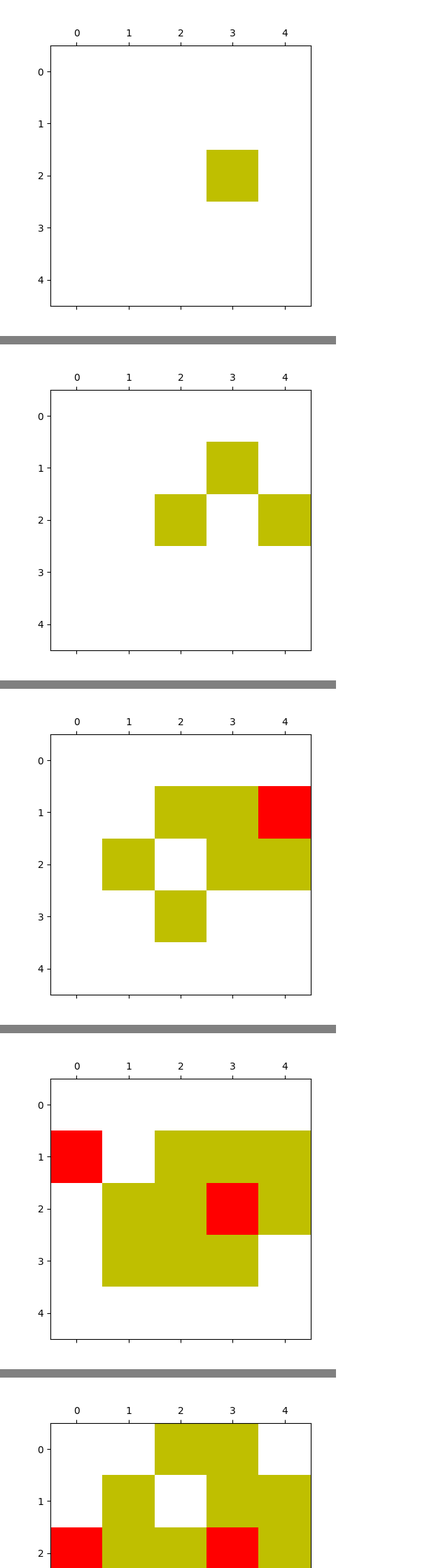
Repository: eduardodut/Trabalho_final_estatistica_cd
Script's output: python src/Simulador.py
These files come from the project's save history. The script's output is drawn as it stood at one moment and after the next save; the edit follows.
The pictures show rows 0 to 2240 of an output 3924 px tall, at 70% of full size.
Each picture stacks the figures in order, with grey between them; figures that are only written to a file come last. The script is stopped after its 8th figure. Random numbers start from a fixed seed.

Above is the script's output before, as saved 2020-07-10 21:37:26.

### src/Simulador.py
import pandas as pd
import numpy as np
from Matriz_esferica import Matriz_esferica
from Individuo import Individuo, Fabrica_individuo
import random
from itertools import permutations
import matplotlib.pyplot as plt
from matplotlib.colors import ListedColormap
from scipy.sparse import csr_matrix, lil_matrix




class Simulador():

    def __init__(
        self,
        tamanho_matriz,                 #numero de linhas e colunas da matriz esférica
        percentual_inicial_tipo1,       #percentual inicial da população que será infectada tipo 1
        percentual_inicial_tipo2,       #percentual inicial da população que será infectada tipo 2
        chance_infeccao,                #chance que um infectado tipo 2 tem de infectar um indivíduo saudável
        chance_infeccao_tipo2,          #chance de um indivíduo infectado se tornar contagioso
        chance_morte,                   #chance de um indivíduo tipo 2 morrer ao fim de uma atualização
        atualizacoes_cura):             #número de atualizações necessárias para a cura de um indivíduo tipo 1 ou 2

        self.num_atualizacoes = 0
        self.lista_infectados_tipo_2 = []
        self.lista_infectados_tipo_1 = []
        self.num_curados = 0
        self.num_mortos = 0

        self.chance_infeccao = chance_infeccao
        self.chance_infeccao_tipo2 = chance_infeccao_tipo2
        self.chance_morte = chance_morte

        self.populacao_inicial = int(tamanho_matriz**2)
        self.num_inicial_tipo2 = int(self.populacao_inicial * percentual_inicial_tipo2)
        self.num_inicial_tipo1 = int(self.populacao_inicial * percentual_inicial_tipo1)
        self.num_inicial_sadios = self.populacao_inicial - (self.num_inicial_tipo2 + self.num_inicial_tipo1)
        self.fabrica_individuo = Fabrica_individuo(atualizacoes_cura)



        self.df_individuos = pd.DataFrame(index= range(tamanho_matriz), columns=range(tamanho_matriz))
        self.matriz_status = lil_matrix((tamanho_matriz, tamanho_matriz),dtype= np.uint8)

        self.popular(tamanho_matriz)

        self.lista_matrizes_posicionamento = []





        #objeto que é responsável por validar a movimentação no grid n x n
        self.matriz_esferica = Matriz_esferica(tamanho_matriz)





        dict = {
                'num_sadios':self.num_inicial_sadios,
                'num_infect_t1':self.num_inicial_tipo1,
                'num_infect_t2':self.num_inicial_tipo2,
                'num_curados':0,
                'num_mortos':0}


        #dataframe que guardará os resultados de cada atualização
        self.dataframe = pd.DataFrame(index = [0])
        self.salvar_posicionamento()



    def salvar_posicionamento(self):
        self.lista_matrizes_posicionamento.append(self.matriz_status)


    def verificar_infeccao(self, lista_infectantes):
        lista_novos_infectados_tipo1 = []
        lista_novos_infectados_tipo2 = []
        #itera sobre sobre a lista de individuos que infectam e cada um realiza a tividade de infectar
        for X,Y in lista_infectantes:

            #busca os vizinhos do infectante atual
            lista_vizinhos = self.matriz_esferica.get_vizinhos(X, Y)
            #Para cada vizinho, se ele for sadio, é gerado um número aleatório para verificar se foi infectado
            for x,y in lista_vizinhos:

                #verificação de SADIO
                if self.matriz_status[x,y] == Individuo.SADIO:
                    #verificação do novo status
                    novo_status = self.infectar(chance_infeccao, chance_infeccao_tipo2)
                    #se for um infectado tipo 1
                    if novo_status == Individuo.INFECTADO_TIPO_1:
                        #adiciona na lista de novos tipo 1
                        lista_novos_infectados_tipo1.append((x,y))
                        #modifica o status na matriz de status
                        self.df_individuos.loc[x,y] = self.fabrica_individuo.criar_individuo(Individuo.INFECTADO_TIPO_1,(x,y))
                        self.matriz_status[x,y] = Individuo.INFECTADO_TIPO_1

                    if novo_status == Individuo.INFECTADO_TIPO_2:
                        #adiciona na lista de novos tipo 2
                        lista_novos_infectados_tipo2.append((x,y))
                        #modifica o status na matriz de status
                        self.df_individuos.loc[x,y] = self.fabrica_individuo.criar_individuo(Individuo.INFECTADO_TIPO_2,(x,y))
                        self.matriz_status[x,y] = Individuo.INFECTADO_TIPO_2

        return lista_novos_infectados_tipo1, lista_novos_infectados_tipo2

    def verificar_morte(self, lista_infectantes_tipo2):
        lista_curados = []
        lista_mortos = []
        for x,y in lista_infectantes_tipo2:
            novo_status = self.df_individuos.loc[x,y].checagem_morte(self.chance_morte)
            if novo_status == Individuo.MORTO:

                self.matriz_status[x,y] = Individuo.MORTO
                lista_mortos.append((x,y))
            if novo_status == Individuo.CURADO:

                self.matriz_status[x,y] = Individuo.CURADO
                lista_curados.append((x,y))

        return lista_mortos, lista_curados


    def verificar_cura(self, lista_infectantes):
        lista_curados = []
        for x,y in lista_infectantes:
            novo_status = self.df_individuos.loc[x,y].checagem_cura()
            if novo_status == Individuo.CURADO:

                self.matriz_status[x,y] = Individuo.CURADO
                lista_curados.append((x,y))

        return lista_curados




    def iterar(self):

        #Verifica os novos infectados a partir dos atuais infectantes na matriz
        lista_novos_infectados_tipo1, lista_novos_infectados_tipo2 = self.verificar_infeccao(self.lista_infectados_tipo_1 + self.lista_infectados_tipo_2)


        #Verifica morte dos tipo 2
        lista_mortos_atualizacao, lista_curados_t2_atualizacao = self.verificar_morte(self.lista_infectados_tipo_2)

        self.lista_infectados_tipo_2 = [indice for indice in self.lista_infectados_tipo_2 if indice not in lista_mortos_atualizacao and indice not in lista_curados_t2_atualizacao]


        #atualiza o novo número de mortos
        self.num_mortos += len(lista_mortos_atualizacao)
        #Verificar cura
        lista_curados_t1_atualizacao = self.verificar_cura(self.lista_infectados_tipo_1)
        self.lista_infectados_tipo_1 = [indice for indice in self.lista_infectados_tipo_1 if indice not in lista_curados_t1_atualizacao ]
        #adiciona os novos curados na lista geral de curados
        self.num_curados = self.num_curados + len(lista_curados_t1_atualizacao) + len(lista_curados_t2_atualizacao)

        # self.  #movimentar infectantes:
        for x,y in self.lista_infectados_tipo_1:
            self.mover_infectante((x,y))

        for x,y in self.lista_infectados_tipo_2:
            self.mover_infectante((x,y))

        #adicionar os novos infectados tipo 1 e 2 para as respectivas listas
        self.lista_infectados_tipo_2 = self.lista_infectados_tipo_2 + lista_novos_infectados_tipo2
        self.lista_infectados_tipo_1 = self.lista_infectados_tipo_1 + lista_novos_infectados_tipo1



        dict = {
                'num_sadios':self.populacao_inicial - self.num_mortos - self.num_curados - len(self.lista_infectados_tipo_1) - len(self.lista_infectados_tipo_2) ,
                'num_infect_t1':len(self.lista_infectados_tipo_1),
                'num_infect_t2':len(self.lista_infectados_tipo_2),
                'num_curados':self.num_curados,
                'num_mortos':self.num_mortos}

        self.dataframe = self.dataframe.append(dict, ignore_index=True)

        print("num t1: ", len(self.lista_infectados_tipo_1))
        print("num t2: ", len(self.lista_infectados_tipo_2))
        print("num curados: ", self.num_curados)
        print("num mortos: ", self.num_mortos)
        print("---------")
        #salva a nova matriz de status
        self.salvar_posicionamento()

        #adiciona 1 ao número de atualizações realizadas na matriz
        self.num_atualizacoes +=1

    def infectar(self, chance_infeccao, chance_infeccao_tipo2):
        saida = Individuo.SADIO

        #número aleatório para chance de infectar o vizinho
        rng_infeccao = random.random()
        if rng_infeccao <= chance_infeccao:
            #número aleatório para chance de infecção tipo 1 ou 2
            rng_infeccao_tipo2 = random.random()
            if rng_infeccao_tipo2 <= chance_infeccao_tipo2:
                saida = Individuo.INFECTADO_TIPO_2
            else:
                saida = Individuo.INFECTADO_TIPO_1
        return saida

    def popular(self, tamanho_matriz):

        # for index, row in self.df_individuos.iterrows():
        #     for item in row:
        #         item = self.fabrica_individuo.criar_individuo(Individuo.SADIO,(0,0))
        self.df_individuos.iloc[:,:] = self.fabrica_individuo.criar_individuo(Individuo.SADIO,(0,0))


        #lista de possíveis combinações de índices da matriz de dados
        permutacoes = permutations(list(range(tamanho_matriz)),2)
        #conversão para lista de tuplas(x,y)
        lista_indices = list(permutacoes)
        #embaralhamento dos índices
        random.shuffle(lista_indices)

        #cria o primeiro tipo1:
        indice = lista_indices.pop()
        ind_x = indice[0]
        ind_y = indice[1]
        self.lista_infectados_tipo_1.append((ind_x,ind_y))
        print(indice)
        self.df_individuos.loc[ind_x,ind_y] = self.fabrica_individuo.criar_individuo(Individuo.INFECTADO_TIPO_1,(ind_x,ind_y))
        print(self.df_individuos)
        self.matriz_status[ind_x,ind_y] = Individuo.INFECTADO_TIPO_1
        #cria o restante dos tipos 1
        for i in range(1,self.num_inicial_tipo1):
            indice = lista_indices.pop()
            ind_x = indice[0]
            ind_y = indice[1]
            self.lista_infectados_tipo_1.append((ind_x,ind_y))
            self.df_individuos.loc[ind_x,ind_y] = self.fabrica_individuo.criar_individuo(Individuo.INFECTADO_TIPO_1,(ind_x,ind_y))
            self.matriz_status[ind_x,ind_y] = Individuo.INFECTADO_TIPO_1

        #cria o restante dos tipo 2:
        for indice in range(self.num_inicial_tipo2):
            indice = lista_indices.pop()
            ind_x = indice[0]
            ind_y = indice[1]
            self.lista_infectados_tipo_2.append((ind_x,ind_y))
            self.df_individuos.loc[ind_x,ind_y] = self.fabrica_individuo.criar_individuo(Individuo.INFECTADO_TIPO_2,(ind_x,ind_y))
            self.matriz_status[ind_x,ind_y] = Individuo.INFECTADO_TIPO_2


    def trocar_status_localizacao(self,ponto_ini,ponto_final):
        x_ini = ponto_ini[0]
        y_ini = ponto_ini[1]
        x_fin = ponto_final[0]
        y_fin = ponto_final[1]

        aux1 = self.matriz_status[x_fin,y_fin]
        self.matriz_status[x_fin,y_fin] = self.matriz_status[x_ini,y_ini]
        self.matriz_status[x_ini,y_ini] = aux1

        aux2 = self.df_individuos.loc[x_fin,y_fin]
        self.df_individuos.loc[x_fin,y_fin] = self.df_individuos.loc[x_ini,y_ini]
        self.df_individuos.loc[x_ini,y_ini] = aux2



    def mover_infectante(self, posicao_inicial):
        pos_x, pos_y = posicao_inicial[0], posicao_inicial[1]
        rng_posicao = random.random()
        if rng_posicao <=0.25:
            #move pra cima
            pos_x -= 1
        elif rng_posicao <=0.5:
            #move pra baixo
            pos_x += 1
        elif rng_posicao <=0.75:
            #move para esquerda
            pos_y -= 1
        else:
            #move para direita
            pos_y += 1

        novo_x, novo_y = self.matriz_esferica.valida_ponto_matriz(pos_x, pos_y)
        #descobre qual individuo ocupa atualmente a posição para atribuí-lo a posição de quem o está substituindo
        status = self.matriz_status[novo_x, novo_y]



        self.trocar_status_localizacao(posicao_inicial,(novo_x, novo_y))







chance_infeccao = 0.3
chance_infeccao_tipo2 = 0.2
chance_morte = 0.1
atualizacoes_cura = 10
percentual_inicial_tipo1 = 0.0
percentual_inicial_tipo2 = 0.00


sim = Simulador(
    5,
    percentual_inicial_tipo1,
    percentual_inicial_tipo2,
    chance_infeccao,
    chance_infeccao_tipo2,
    chance_morte,atualizacoes_cura)

#print(sim.lista_matrizes_posicionamento[0])
#print(sim.lista_infectados_tipo_2)
#print(sim.lista_infectados_tipo_1)
cmap = ListedColormap(['w', 'y', 'r', 'blue', 'black'])


for i in range(24):
    plt.matshow(sim.lista_matrizes_posicionamento[i].toarray(), cmap = cmap, vmin= 0, vmax = 4)

    sim.iterar()

    plt.show();

### src/Matriz_esferica.py

import random

class Matriz_esferica():

    def __init__(self, tamanho):
        self.tamanho = tamanho

    def get_vizinho_esquerda(self, indice_x: int, indice_y: int):
        return self.checa_limite_matriz(indice_x), self.checa_limite_matriz(indice_y -1)

    def get_vizinho_direita(self, indice_x: int, indice_y: int):
        return self.checa_limite_matriz(indice_x), self.checa_limite_matriz(indice_y + 1)

    def get_vizinho_cima(self, indice_x: int, indice_y: int):
        return self.checa_limite_matriz(indice_x - 1), self.checa_limite_matriz(indice_y)

    def get_vizinho_baixo(self, indice_x: int, indice_y: int):
        return self.checa_limite_matriz(indice_x + 1), self.checa_limite_matriz(indice_y)

    def get_vizinhos(self, indice_x: int, indice_y: int):

        return self.get_vizinho_cima(indice_x,indice_y), self.get_vizinho_baixo(indice_x,indice_y),  self.get_vizinho_esquerda(indice_x,indice_y), self.get_vizinho_direita(indice_x,indice_y)

    def checa_limite_matriz(self, indice):

        if indice < 0:
            return self.tamanho + indice
        elif indice > self.tamanho - 1:
            return indice - self.tamanho
        else:
            return indice

    def valida_ponto_matriz(self, indice_x: int, indice_y: int):

        return self.checa_limite_matriz(indice_x), self.checa_limite_matriz(indice_y)

    #devolve um ponto aleatório vizinho da matriz a partir do ponto especificado em uma das 8 direções
    def passo(self, indice_x: int, indice_y: int, tamanho_max_passo: int):

        passo_x = tamanho_max_passo if random.random() >=0.5 else -tamanho_max_passo
        passo_y = tamanho_max_passo if random.random() >=0.5 else -tamanho_max_passo
        return self.checa_limite_matriz(indice_x + passo_x), self.checa_limite_matriz(indice_y + passo_y)

### src/Individuo.py
import random

class Individuo():

    SADIO = 0
    INFECTADO_TIPO_1 = 1 #assintomáticos e o infectado inicial
    INFECTADO_TIPO_2 = 2 #sintomático
    CURADO = 3
    MORTO = 4

    def __init__(
        self,
        status,
        atualizacoes_cura,
        posicao):

        self.status = status
        self.atualizacoes_cura = atualizacoes_cura
        self.posicao = posicao
    def __repr__(self):
        return  str(self.status)


    def infectar(self, chance_infeccao, chance_infeccao_tipo2):
        saida = Individuo.SADIO
        if (self.status == Individuo.INFECTADO_TIPO_2 or self.status == Individuo.INFECTADO_TIPO_1):
            #número aleatório para chance de infectar o vizinho
            rng_infeccao = random.random()
            if rng_infeccao <= chance_infeccao:
                #número aleatório para chance de infecção tipo 1 ou 2
                rng_infeccao_tipo2 = random.random()
                if rng_infeccao_tipo2 <= chance_infeccao_tipo2:
                    saida = Individuo.INFECTADO_TIPO_2
                else:
                    saida = Individuo.INFECTADO_TIPO_1



        return saida

    def checagem_morte(self, chance_morte):

        if self.status == Individuo.INFECTADO_TIPO_2:
            rng_morte = random.random()
            if rng_morte <= chance_morte:
                self.status = Individuo.MORTO
                return self.status

        return self.checagem_cura()

    def checagem_cura(self):
        if self.status == Individuo.INFECTADO_TIPO_2 or self.status == Individuo.INFECTADO_TIPO_1:
            self.atualizacoes_cura = self.atualizacoes_cura - 1

            if self.atualizacoes_cura == 0:
                self.status = Individuo.CURADO

        return self.status



class Fabrica_individuo():

    def __init__(
        self,
        atualizacoes_cura):             #número de atualizações necessárias para a cura de um indivíduo tipo 1 ou 2

        self.atualizacoes_cura = atualizacoes_cura

    def criar_individuo(self, status_inicial, posicao):

        return Individuo(
            status_inicial,
            self.atualizacoes_cura,
            posicao)

After the next save:
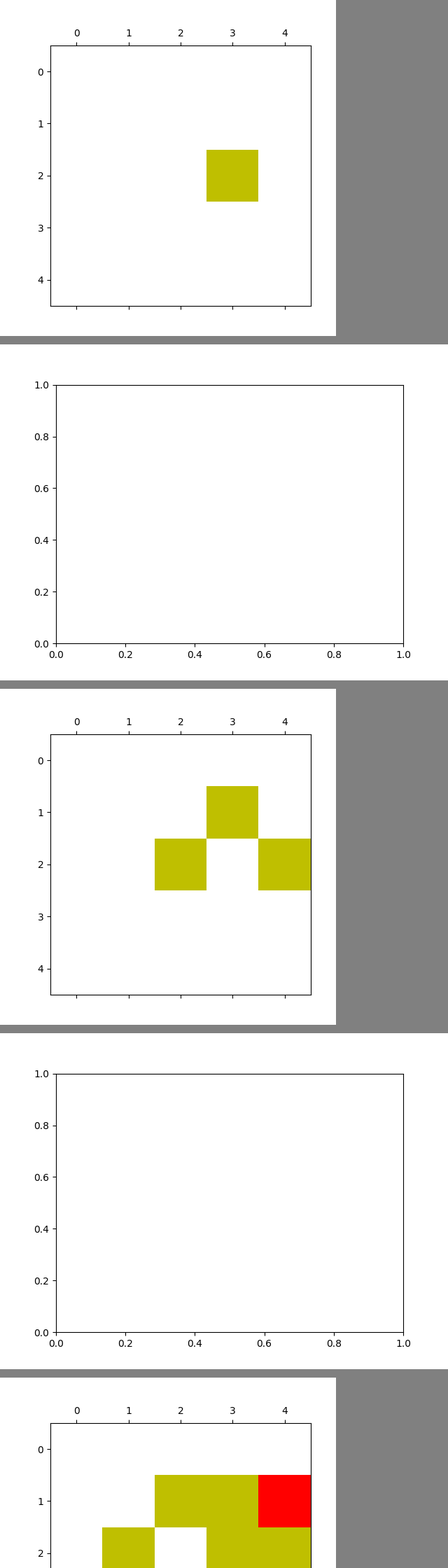
Saved 91 s later.
--- a/src/Simulador.py
+++ b/src/Simulador.py
@@ -324,3 +324,4 @@ for i in range(24):
     sim.iterar()
 
     plt.show();
+    plt.cla()

After the save that followed:
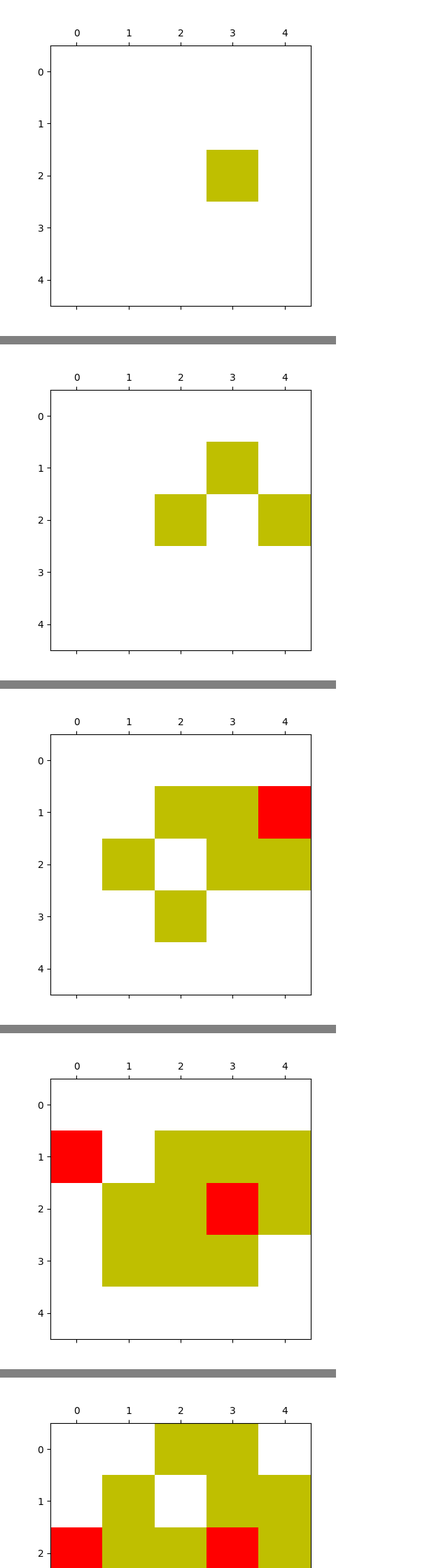
Saved 3 min 9 s later.
--- a/src/Simulador.py
+++ b/src/Simulador.py
@@ -318,10 +318,9 @@ sim = Simulador(
 cmap = ListedColormap(['w', 'y', 'r', 'blue', 'black'])
 
 
-for i in range(24):
+for i in range(22):
     plt.matshow(sim.lista_matrizes_posicionamento[i].toarray(), cmap = cmap, vmin= 0, vmax = 4)
 
     sim.iterar()
 
     plt.show();
-    plt.cla()
